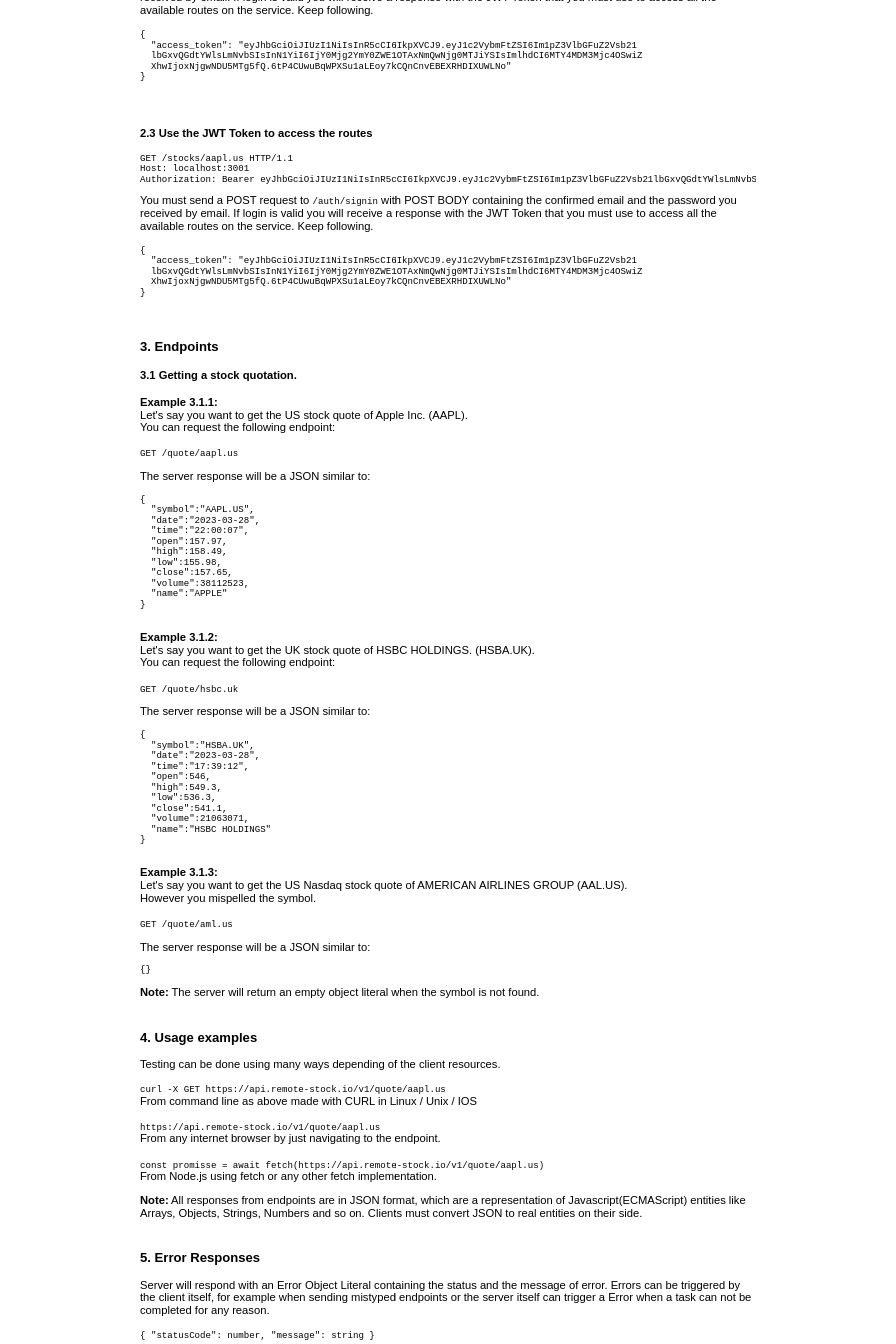
Repository: miguelamello/nest-js
Page: stock-service/documentation.html
The author's editor kept a copy of each file at every save. The page is drawn from the files as they stood at one save, then again after the next save.
The browser window is 1280 px wide. The pictures show the part of the page from y = 907 to 2827 px (the page is 3161 px tall before and 3176 px after), at 70% of full size.

Above is the page before, as saved 2023-04-01 16:23:38.

After the next save:
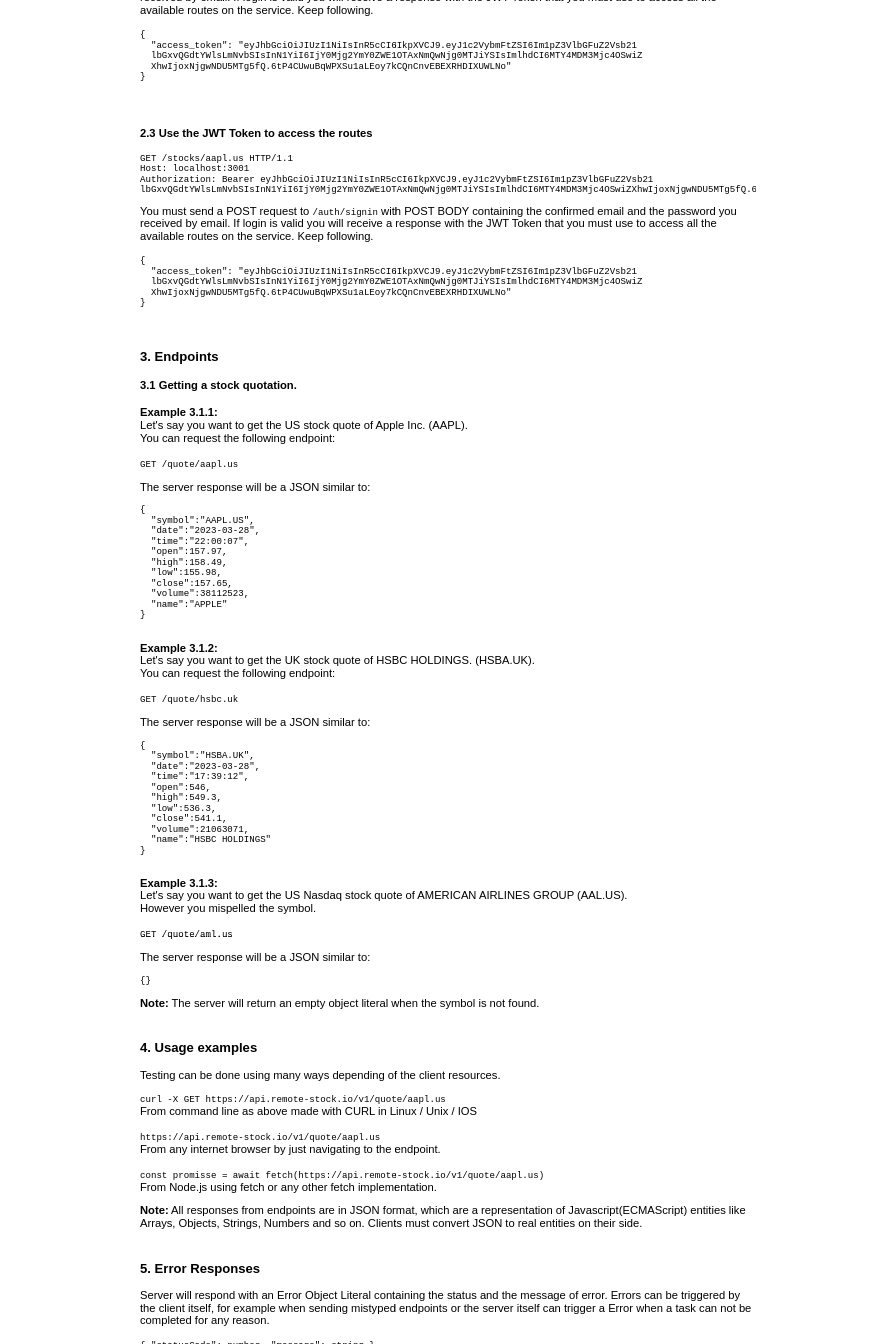
Saved 9 s later.
--- a/stock-service/documentation.html
+++ b/stock-service/documentation.html
@@ -91,7 +91,8 @@ password=e49015be5ba9752ab634b5649045bc56
     <pre>
 GET /stocks/aapl.us HTTP/1.1
 Host: localhost:3001
-Authorization: Bearer eyJhbGciOiJIUzI1NiIsInR5cCI6IkpXVCJ9.eyJ1c2VybmFtZSI6Im1pZ3VlbGFuZ2Vsb21lbGxvQGdtYWlsLmNvbSIsInN1YiI6IjY0Mjg2YmY0ZWE1OTAxNmQwNjg0MTJiYSIsImlhdCI6MTY4MDM3Mjc4OSwiZXhwIjoxNjgwNDU5MTg5fQ.6tP4CUwuBqWPXSu1aLEoy7kCQnCnvEBEXRHDIXUWLNo
+Authorization: Bearer eyJhbGciOiJIUzI1NiIsInR5cCI6IkpXVCJ9.eyJ1c2VybmFtZSI6Im1pZ3VlbGFuZ2Vsb21
+lbGxvQGdtYWlsLmNvbSIsInN1YiI6IjY0Mjg2YmY0ZWE1OTAxNmQwNjg0MTJiYSIsImlhdCI6MTY4MDM3Mjc4OSwiZXhwIjoxNjgwNDU5MTg5fQ.6tP4CUwuBqWPXSu1aLEoy7kCQnCnvEBEXRHDIXUWLNo
     </pre>
 
     <div>You must send a POST request to <code>/auth/signin</code> with POST BODY containing the
